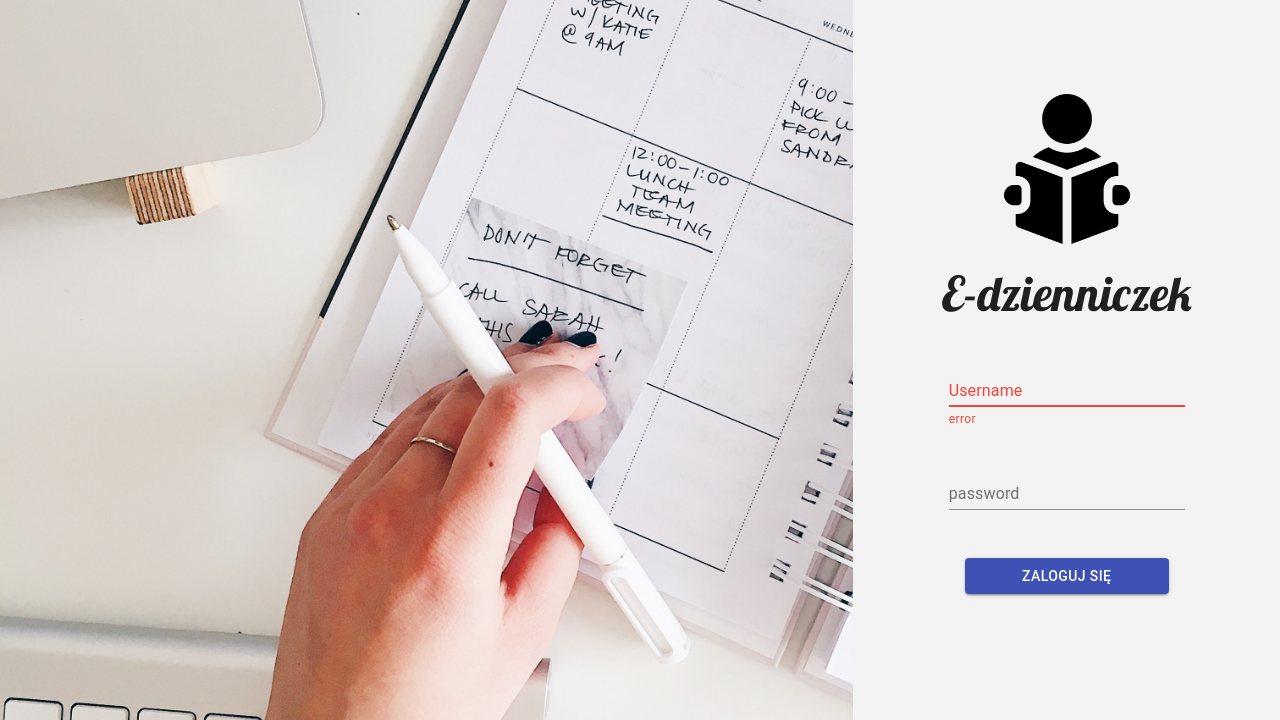
Repository: dominik3131/E-dzienniczek
Page: /
These files come from the project's save history. The page is drawn as it stood at one moment and after the next save; the edit follows.
The browser window is 1280 px wide. The pictures show the whole page.
The project was rebuilt for these pictures with package versions that can differ from the ones it lists, and the page was loaded fresh each time.

Above is the page before, as saved 2020-11-17 13:59:28.

After the next save:
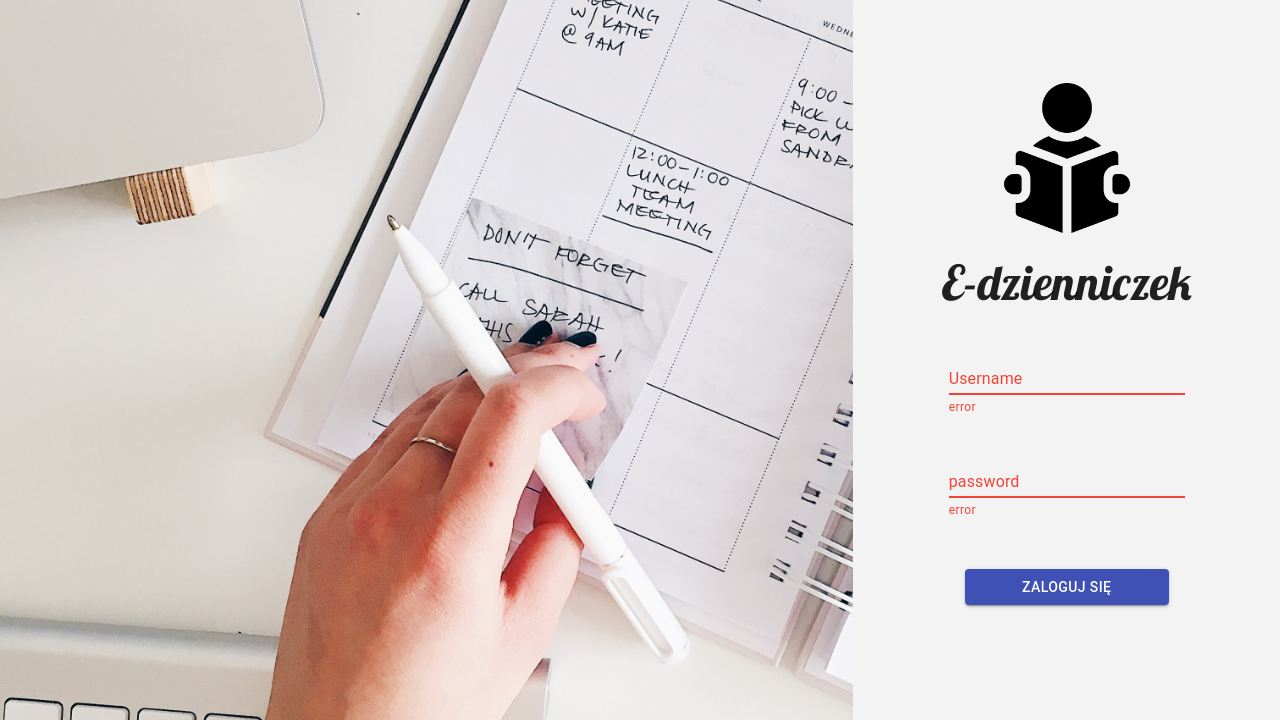
Saved 34 s later.
--- a/src/components/LoginForm/LoginForm.js
+++ b/src/components/LoginForm/LoginForm.js
@@ -56,6 +56,8 @@ const LoginForm = (props) => {
         id="password"
         name="password"
         label="password"
+        error={data.username.length === 0 ? "podany email nie istnieje" : null}
+        helperText="error"
         startAdornment={
           <InputAdornment position="start">
             <LockRoundedIcon />
